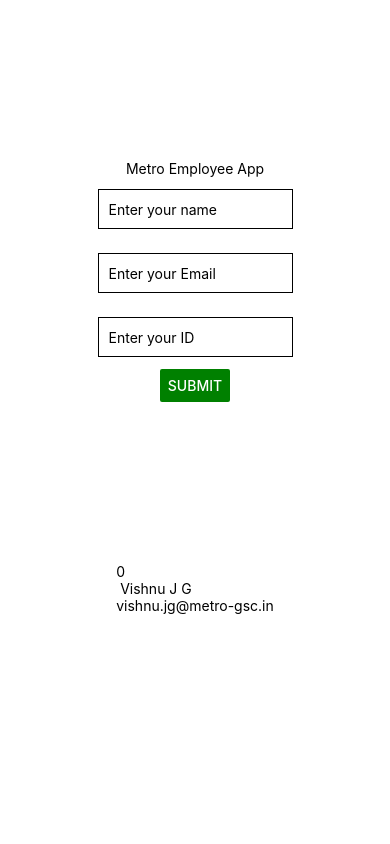
Repository: VishnuJG/Metro-Employee-App
Screen: /
The author's editor kept a copy of each file at every save. The screen is drawn from the files as they stood at one save, then again after the next save.
The app was drawn by React Native's web renderer in a window 390 px wide. The project was rebuilt for these pictures with package versions that can differ from the ones it lists, and the page was loaded fresh each time.

Above is the screen before, as saved 2022-06-28 13:58:44.

After the next save:
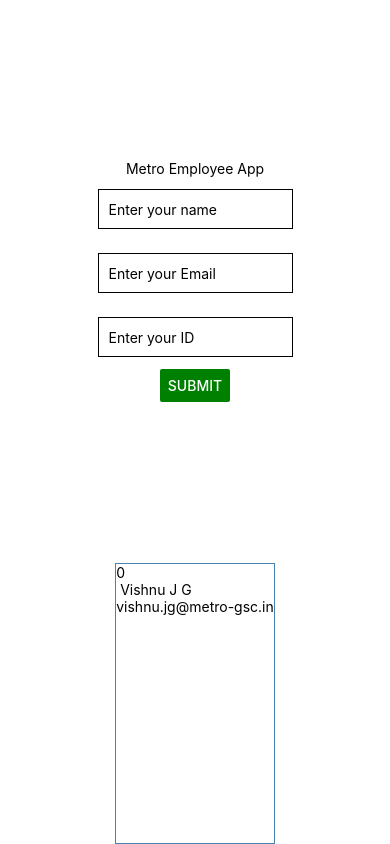
Saved 4 s later.
--- a/components/Task.js
+++ b/components/Task.js
@@ -22,5 +22,6 @@ const styles = StyleSheet.create({
   employee:{
     width:'100%',
     justifyContent: 'left',
+    border :'1px solid steelblue'
   }
 });
